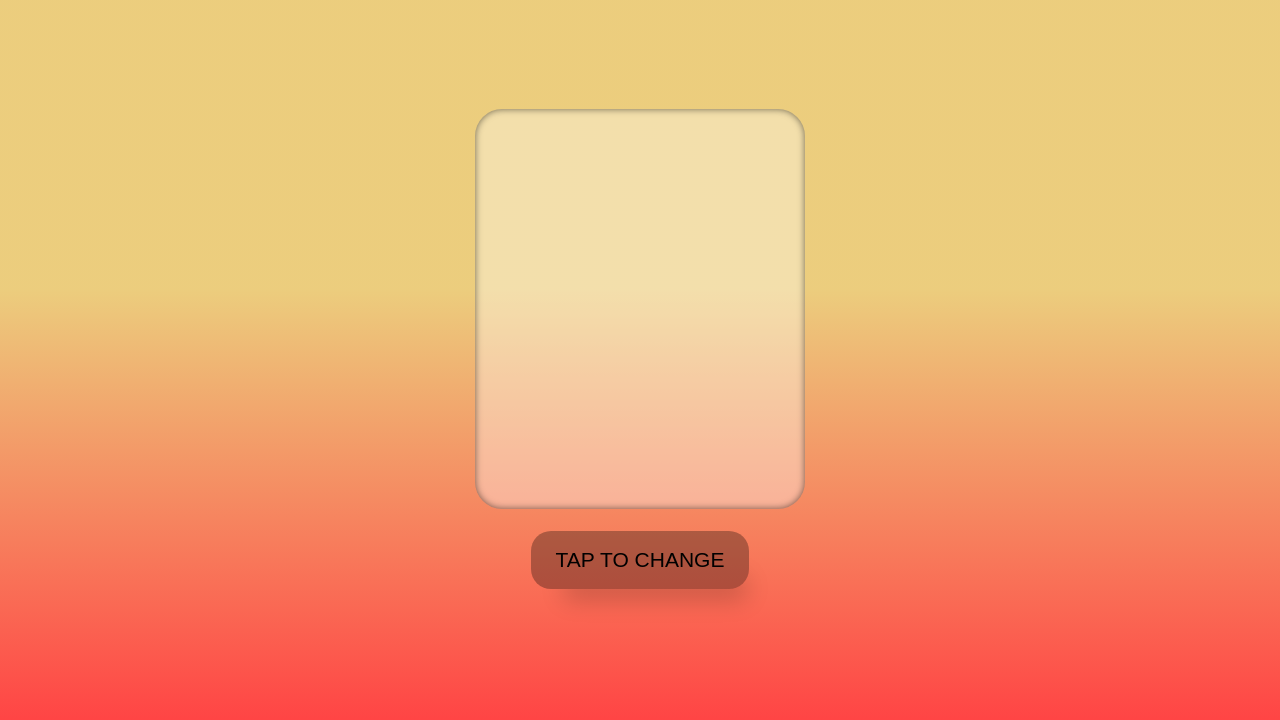
Repository: ThanhThn/profile
Page: index.html
An editor plug-in stored every save of this project. The page is shown before and after the next save, followed by the edit.
The browser window is 1280 px wide. The pictures show the whole page.
Some web fonts or font styles are not loaded; a fallback is used.

Above is the page before, as saved 2022-12-05 00:13:32.

### index.html
<!DOCTYPE html>
<html lang="en">
<head>
    <meta charset="UTF-8">
    <meta http-equiv="X-UA-Compatible" content="IE=edge">
    <meta name="viewport" content="width=device-width, initial-scale=1.0">
    <title>Document</title>
    <link rel="stylesheet" href="style.css">
</head>
<body>
    <div class="container">
        <div class="content"></div>
        <button class="btn">tap to change</button>
    </div>
</body>
</html>

### style.css
@import url('https://fonts.googleapis.com/css2?family=Kodchasan:wght@700&family=Pacifico&display=swap');
*{
    padding: 0;
    margin: 0;
    box-sizing: border-box;
}

body{
    background:  linear-gradient( to bottom, rgba(223, 172,39,60%) 40%, rgba(255,22,22,80%) 100% );
    width: 100%;
    height: 100vh;
}
.container{
    position: absolute;
    top: 50%;
    left: 50%;
    transform: translate(-50%, -50%);
    display: flex;
    flex-direction: column;
    align-items: center;
}

.content{
    width: 330px;
    height: 400px;
    background: rgba(255, 255, 255, 35%);
    border-radius: 27px;
    box-shadow: inset 0px 0px 7px rgba(0, 0, 0, 55%);
}

.btn{
    background: rgba(0, 0, 0, .3);
    width: 218px;
    height: 58px;
    border-radius: 20px;
    border: none;
    margin: 22px;
    font-family: 'Kodchasan', sans-serif;
    font-size: 21px;
    text-transform: uppercase;
    box-shadow: rgba(0, 0, 0, .2) 15px 28px 25px -18px;
    background-position: 0 90%;
    background-repeat: repeat no-repeat;

}

.btn:hover {
    box-shadow: rgba(0, 0, 0, .3) 2px 8px 8px -5px;
    transform: translate3d(0, 2px, 0);
}


.btn:focus {
  box-shadow: rgba(0, 0, 0, .3) 2px 8px 4px -6px;
}

After the next save:
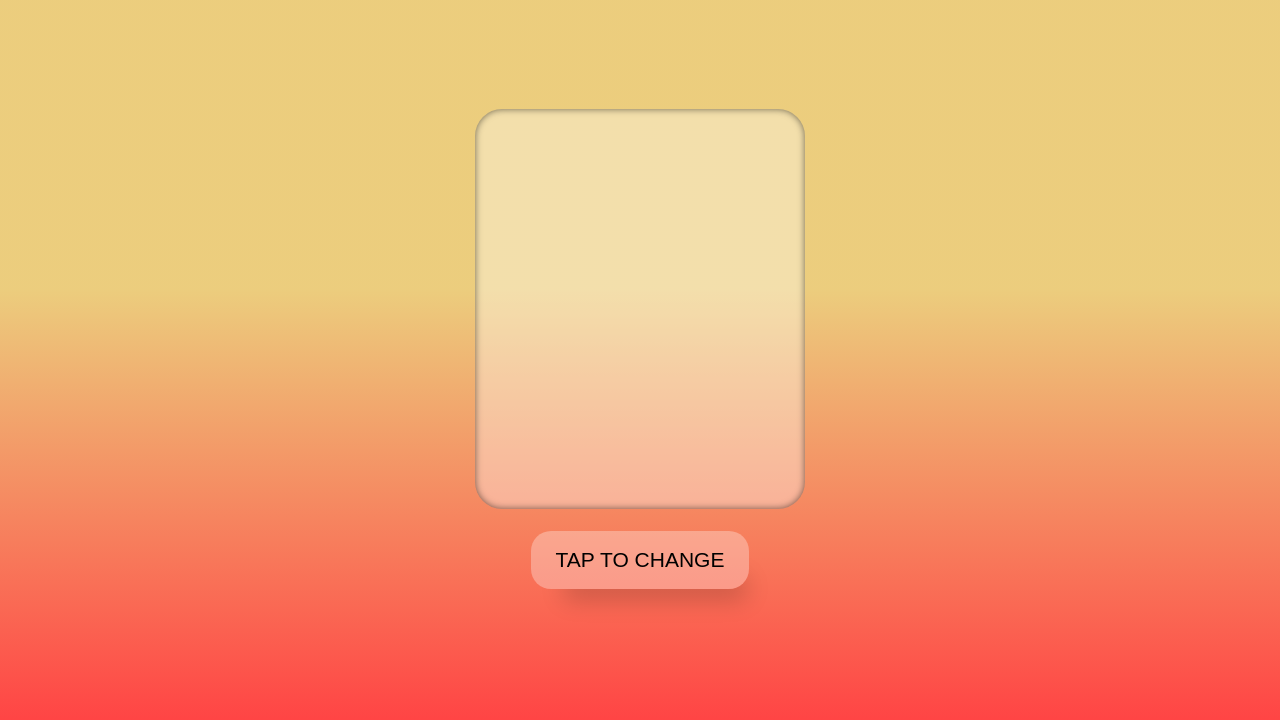
Saved 16 s later.
--- a/style.css
+++ b/style.css
@@ -29,7 +29,7 @@ body{
 }
 
 .btn{
-    background: rgba(0, 0, 0, .3);
+    background: rgba(255, 255, 255, .3);
     width: 218px;
     height: 58px;
     border-radius: 20px;
